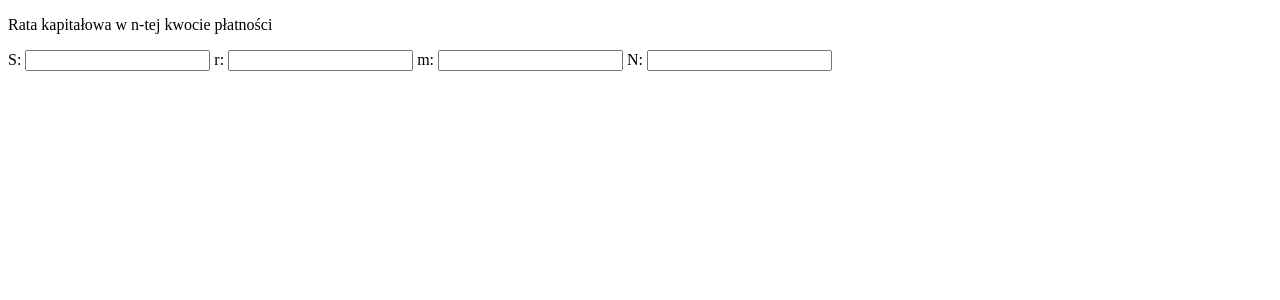
Repository: ravkita/MFCalc
Page: index.html
The author's editor kept a copy of each file at every save. The page is drawn from the files as they stood at one save, then again after the next save.
The browser window is 1280 px wide. The pictures show the whole page.

Above is the page before, as saved 2021-04-12 16:30:38.

After the next save:
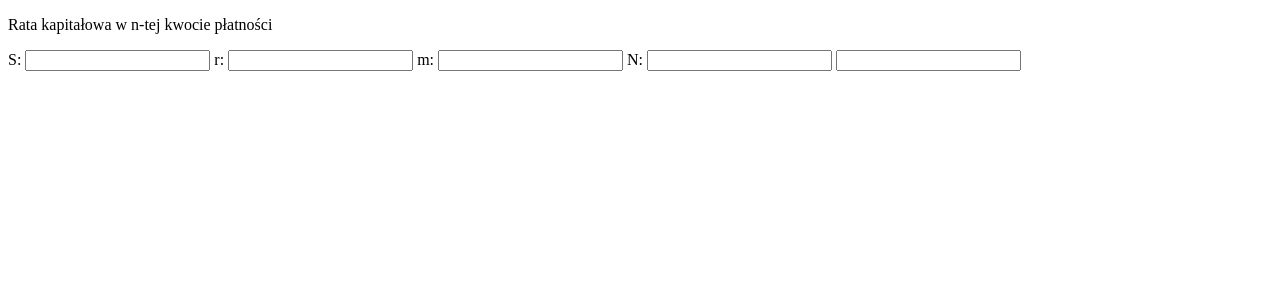
Saved 6 min 2 s later.
--- a/index.html
+++ b/index.html
@@ -13,6 +13,17 @@
         <label for="r">r:</label> <input type="number" name="r">
         <label for="m">m:</label> <input type="number" name="m">
         <label for="N">N:</label> <input type="number" name="N">
+        <input type="subbmit" name="confirm" id="confirm">
     </form>
+
+    <script type="text/javascript">
+        function rata(){
+            document.getElementById('confirm').addEventListener('click', (e) =>{
+                e.preventDefault;
+                let s = document.getElementById('rata').s.value;
+                console.log(s);
+            });
+        }
+    </script>
 </body>
 </html>
